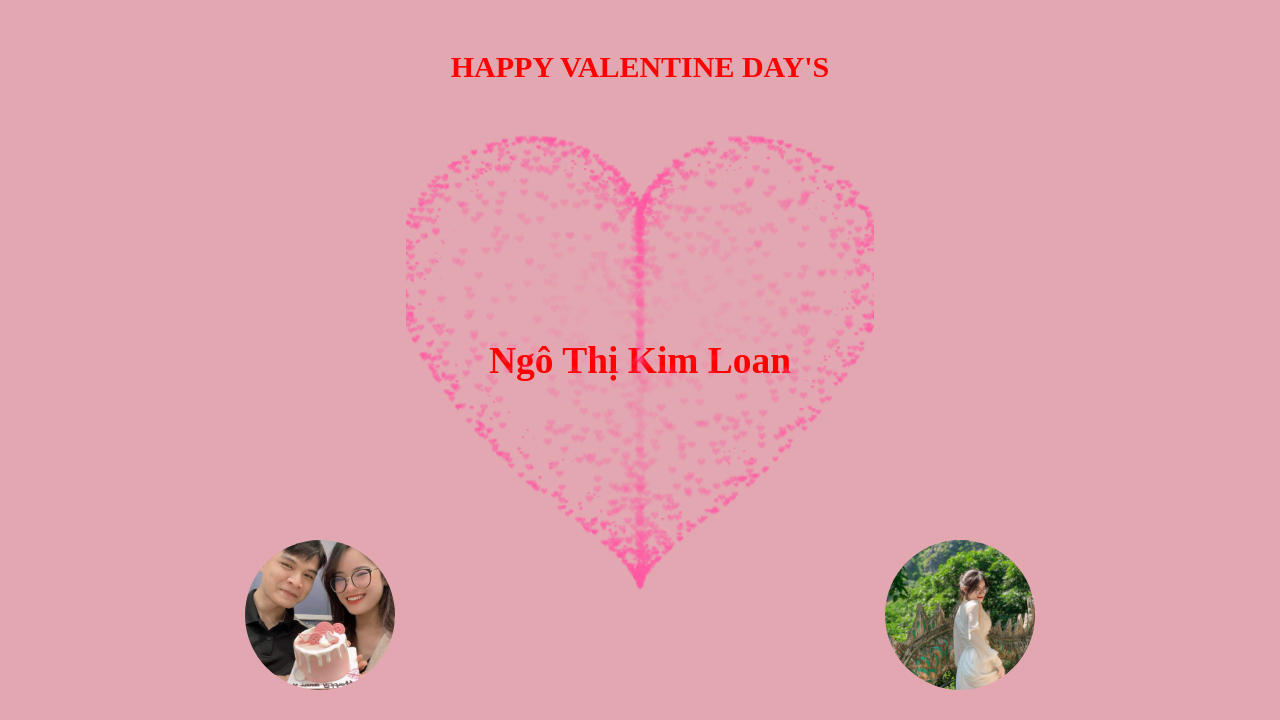
Repository: congbnvn0709/happy-valentine
Page: index.html
An editor plug-in stored every save of this project. The page is shown before and after the next save, followed by the edit.
The browser window is 1280 px wide. The pictures show the whole page.

Above is the page before, as saved 2023-01-30 23:34:59.

### index.html
<!DOCTYPE html PUBLIC "-//W3C//DTD HTML 4.0 Transitional//EN">
<html>
  <head>
    <title>Happy valentine day's</title>
    <meta name="Generator" content="EditPlus" />
    <meta name="Author" content="" />
    <meta name="Keywords" content="" />
    <meta name="Description" content="" />
    <link rel="stylesheet" type="text/css" href="style.css" />
  </head>

  <body>
    <p class="title">HAPPY VALENTINE DAY'S</p>
    <h1>Ngô Thị Kim Loan</h1>

    <div class="box">
      <canvas id="pinkboard"></canvas>
    </div>
    <div class="image">
        <img class="image1" src="./person1.jpg" alt="" srcset="">
        <img class="image1" src="./person2.jpg" alt="" srcset="">
    </div>
    <script src="app.js"></script>
  </body>
</html>

### style.css
html,
body {
  height: 100%;
  padding: 0;
  margin: 0;
  background: rgb(227, 167, 177);
  display: flex;
  justify-content: center;
  align-items: center;
}

h1 {
  color: red;
}

.box {
  width: 100%;
  position: absolute;
  top: 50%;
  left: 50%;
  transform: translate(-50%, -50%);
  display: flex;
  flex-direction: column;
}

canvas {
  position: absolute;
  width: 100%;
  height: 100%;
}

#pinkboard {
  position: relative;
  margin: auto;
  height: 400px;
  width: 400px;
  animation: animate 2s infinite;
}

h1 {
  animation: animate 2s infinite;
}

#pinkboard:before,
#pinkboard:after {
  content: "";

  position: absolute;

  background: #ff5ca4;

  width: 100px;

  height: 160px;

  border-top-left-radius: 50px;

  border-top-right-radius: 50px;
}

#pinkboard:before {
  left: 100px;

  transform: rotate(-45deg);

  transform-origin: 0 100%;

  box-shadow: 0 14px 28px rgba(0, 0, 0, 0.25), 0 10px 10px rgba(0, 0, 0, 0.22);
}

#pinkboard:after {
  left: 0;

  transform: rotate(45deg);

  transform-origin: 100% 100%;
}

@keyframes animate {
  0% {
    transform: scale(1);
  }

  30% {
    transform: scale(0.8);
  }

  60% {
    transform: scale(1.2);
  }

  100% {
    transform: scale(1);
  }
}

.title {
  position: absolute;
  top: 20px;
  color: red;
  font-size: 30px;
  font-weight: 700;
}
.image{
    display: flex;
    width: 100%;
    justify-content: space-around;
    position: absolute;
    bottom: 30px;
}
.image1{
    width: 150px;
    height: 150px;
    border-radius: 50%;
    object-fit: cover;
}

### app.js
var settings = {
    particles: {
      length: 2000,
      duration: 3,
      velocity: 100,
      effect: -1,
      size: 8,
    },
  };

  (function () {
    var b = 0;

    var c = ["ms", "moz", "webkit", "o"];

    for (var a = 0; a < c.length && !window.requestAnimationFrame; ++a) {
      window.requestAnimationFrame = window[c[a] + "RequestAnimationFrame"];

      window.cancelAnimationFrame =
        window[c[a] + "CancelAnimationFrame"] ||
        window[c[a] + "CancelRequestAnimationFrame"];
    }

    if (!window.requestAnimationFrame) {
      window.requestAnimationFrame = function (h, e) {
        var d = new Date().getTime();

        var f = Math.max(0, 16 - (d - b));

        var g = window.setTimeout(function () {
          h(d + f);
        }, f);

        b = d + f;

        return g;
      };
    }

    if (!window.cancelAnimationFrame) {
      window.cancelAnimationFrame = function (d) {
        clearTimeout(d);
      };
    }
  })();

  var Point = (function () {
    function Point(x, y) {
      this.x = typeof x !== "undefined" ? x : 0;

      this.y = typeof y !== "undefined" ? y : 0;
    }

    Point.prototype.clone = function () {
      return new Point(this.x, this.y);
    };

    Point.prototype.length = function (length) {
      if (typeof length == "undefined")
        return Math.sqrt(this.x * this.x + this.y * this.y);

      this.normalize();

      this.x *= length;

      this.y *= length;

      return this;
    };

    Point.prototype.normalize = function () {
      var length = this.length();

      this.x /= length;

      this.y /= length;

      return this;
    };

    return Point;
  })();

  var Particle = (function () {
    function Particle() {
      this.position = new Point();

      this.velocity = new Point();

      this.acceleration = new Point();

      this.age = 0;
    }

    Particle.prototype.initialize = function (x, y, dx, dy) {
      this.position.x = x;

      this.position.y = y;

      this.velocity.x = dx;

      this.velocity.y = dy;

      this.acceleration.x = dx * settings.particles.effect;

      this.acceleration.y = dy * settings.particles.effect;

      this.age = 0;
    };

    Particle.prototype.update = function (deltaTime) {
      this.position.x += this.velocity.x * deltaTime;

      this.position.y += this.velocity.y * deltaTime;

      this.velocity.x += this.acceleration.x * deltaTime;

      this.velocity.y += this.acceleration.y * deltaTime;

      this.age += deltaTime;
    };

    Particle.prototype.draw = function (context, image) {
      function ease(t) {
        return --t * t * t + 1;
      }

      var size = image.width * ease(this.age / settings.particles.duration);

      context.globalAlpha = 1 - this.age / settings.particles.duration;

      context.drawImage(
        image,

        this.position.x - size / 2,

        this.position.y - size / 2,

        size,

        size
      );
    };

    return Particle;
  })();

  var ParticlePool = (function () {
    var particles,
      firstActive = 0,
      firstFree = 0,
      duration = settings.particles.duration;

    function ParticlePool(length) {
      particles = new Array(length);

      for (var i = 0; i < particles.length; i++)
        particles[i] = new Particle();
    }

    ParticlePool.prototype.add = function (x, y, dx, dy) {
      particles[firstFree].initialize(x, y, dx, dy);

      firstFree++;

      if (firstFree == particles.length) firstFree = 0;

      if (firstActive == firstFree) firstActive++;

      if (firstActive == particles.length) firstActive = 0;
    };

    ParticlePool.prototype.update = function (deltaTime) {
      var i;

      if (firstActive < firstFree) {
        for (i = firstActive; i < firstFree; i++)
          particles[i].update(deltaTime);
      }

      if (firstFree < firstActive) {
        for (i = firstActive; i < particles.length; i++)
          particles[i].update(deltaTime);

        for (i = 0; i < firstFree; i++) particles[i].update(deltaTime);
      }

      while (
        particles[firstActive].age >= duration &&
        firstActive != firstFree
      ) {
        firstActive++;

        if (firstActive == particles.length) firstActive = 0;
      }
    };

    ParticlePool.prototype.draw = function (context, image) {
      if (firstActive < firstFree) {
        for (i = firstActive; i < firstFree; i++)
          particles[i].draw(context, image);
      }

      if (firstFree < firstActive) {
        for (i = firstActive; i < particles.length; i++)
          particles[i].draw(context, image);

        for (i = 0; i < firstFree; i++) particles[i].draw(context, image);
      }
    };

    return ParticlePool;
  })();

  (function (canvas) {
    var context = canvas.getContext("2d"),
      particles = new ParticlePool(settings.particles.length),
      particleRate =
        settings.particles.length / settings.particles.duration,
      time;

    function pointOnHeart(t) {
      return new Point(
        160 * Math.pow(Math.sin(t), 3),

        130 * Math.cos(t) -
          50 * Math.cos(2 * t) -
          20 * Math.cos(3 * t) -
          10 * Math.cos(4 * t) +
          25
      );
    }

    var image = (function () {
      var canvas = document.createElement("canvas"),
        context = canvas.getContext("2d");

      canvas.width = settings.particles.size;

      canvas.height = settings.particles.size;

      function to(t) {
        var point = pointOnHeart(t);

        point.x =
          settings.particles.size / 2 +
          (point.x * settings.particles.size) / 350;

        point.y =
          settings.particles.size / 2 -
          (point.y * settings.particles.size) / 350;

        return point;
      }

      context.beginPath();

      var t = -Math.PI;

      var point = to(t);

      context.moveTo(point.x, point.y);

      while (t < Math.PI) {
        t += 0.01;

        point = to(t);

        context.lineTo(point.x, point.y);
      }

      context.closePath();

      context.fillStyle = "#FF5CA4";

      context.fill();

      var image = new Image();

      image.src = canvas.toDataURL();

      return image;
    })();

    function render() {
      requestAnimationFrame(render);

      var newTime = new Date().getTime() / 1000,
        deltaTime = newTime - (time || newTime);

      time = newTime;

      context.clearRect(0, 0, canvas.width, canvas.height);

      var amount = particleRate * deltaTime;

      for (var i = 0; i < amount; i++) {
        var pos = pointOnHeart(Math.PI - 2 * Math.PI * Math.random());

        var dir = pos.clone().length(settings.particles.velocity);

        particles.add(
          canvas.width / 2 + pos.x,

          canvas.height / 2 - pos.y,

          dir.x,

          -dir.y
        );
      }

      particles.update(deltaTime);

      particles.draw(context, image);
    }

    function onResize() {
      canvas.width = canvas.clientWidth;

      canvas.height = canvas.clientHeight;
    }

    window.onresize = onResize;

    setTimeout(function () {
      onResize();

      render();
    }, 10);
  })(document.getElementById("pinkboard"));

After the next save:
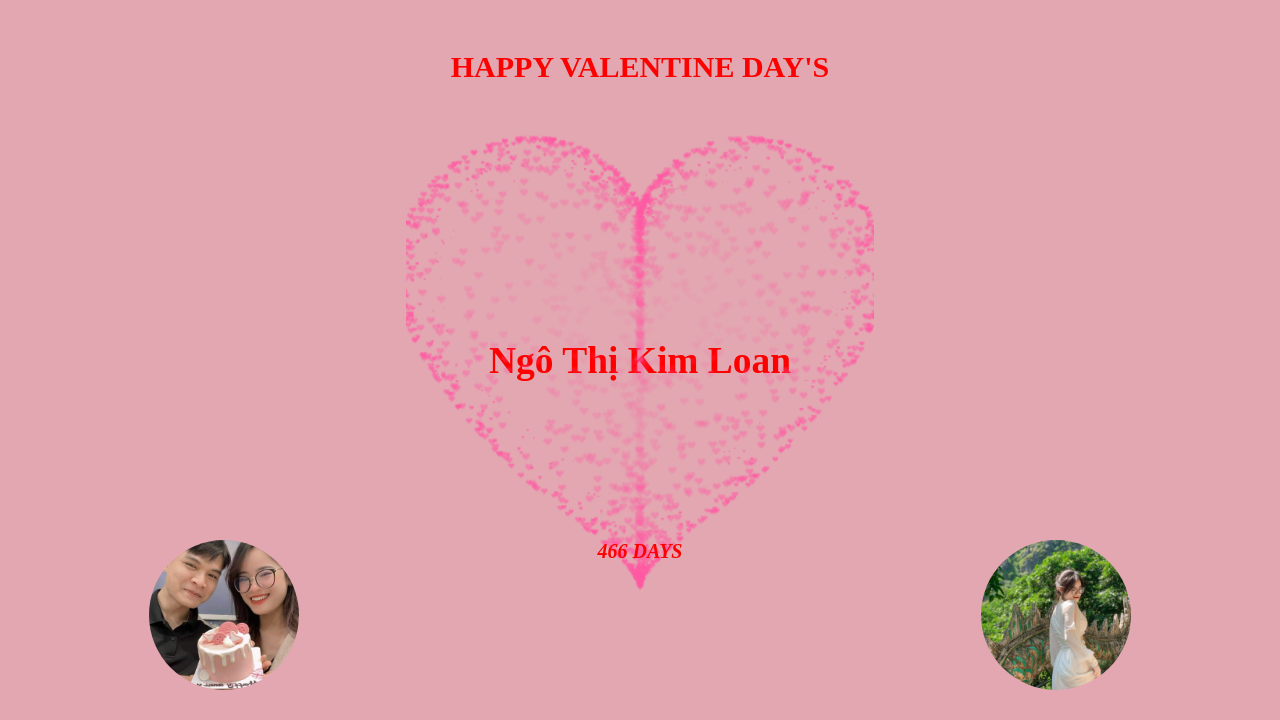
Saved 2 min 33 s later.
--- a/index.html
+++ b/index.html
@@ -18,6 +18,7 @@
     </div>
     <div class="image">
         <img class="image1" src="./person1.jpg" alt="" srcset="">
+        <em class="date">466 DAYS</em>
         <img class="image1" src="./person2.jpg" alt="" srcset="">
     </div>
     <script src="app.js"></script>
--- a/style.css
+++ b/style.css
@@ -114,3 +114,8 @@ h1 {
     border-radius: 50%;
     object-fit: cover;
 }
+.date{
+    color: red;
+    font-size: 20px;
+    font-weight: bold;
+}
